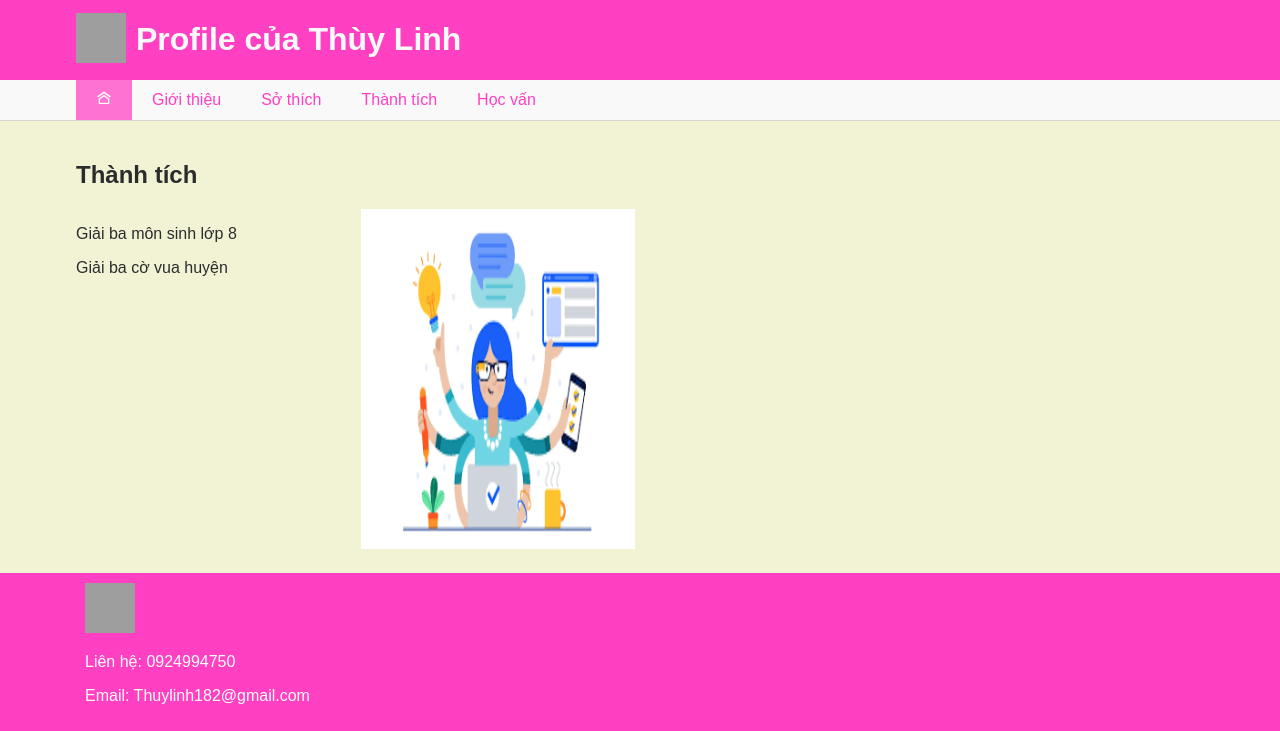
Repository: DucLong-PD07979/profile-vu-thuy-linh
Page: thanh-tich.html
The author's editor kept a copy of each file at every save. The page is drawn from the files as they stood at one save, then again after the next save.
The browser window is 1280 px wide. The pictures show the whole page.
Pictures or frames that could not be fetched are drawn as grey boxes.

Above is the page before, as saved 2025-03-13 21:08:59.
Not found: script.js

After the next save:
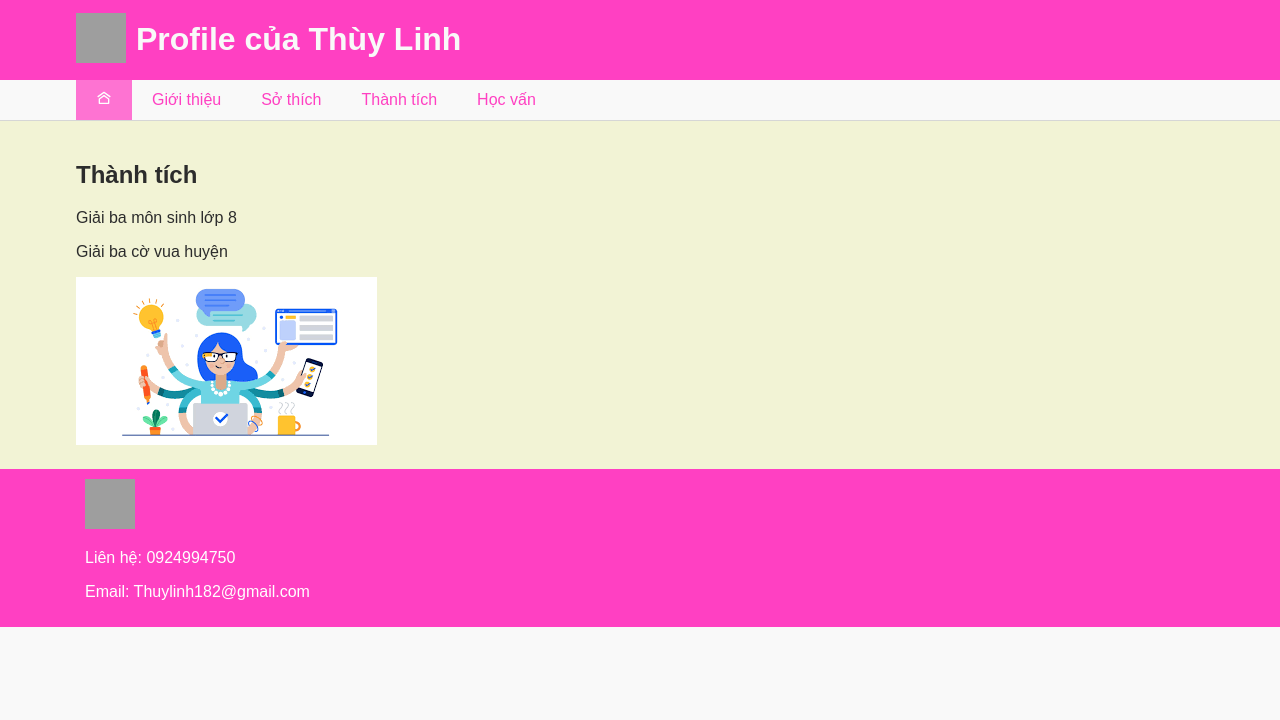
Saved 9 s later.
--- a/thanh-tich.html
+++ b/thanh-tich.html
@@ -54,7 +54,7 @@
         <section id="achievements">
             <div class="container">
                 <h2>Thành tích</h2>
-                <div class="family-section-content">
+                <div class="achievements-section-content">
                     <div class="box">
                         <p>Giải ba môn sinh lớp 8</p>
                         <p>Giải ba cờ vua huyện</p>
